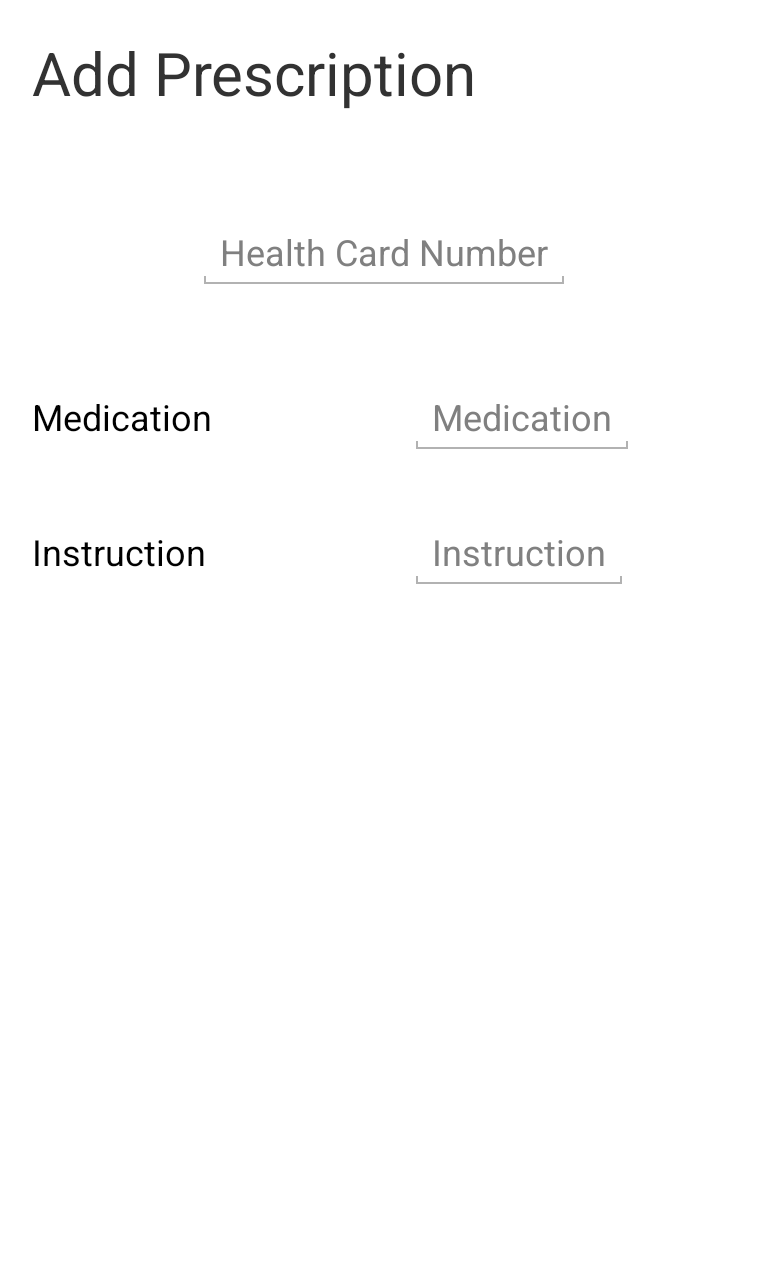
Repository: wangyuan0915/ER
Layout: workspace2/phase3/res/layout/activity_add_prescription.xml
An editor plug-in stored every save of this project. The layout is shown before and after the next save, followed by the edit.
It is drawn on a 768 x 1280 px phone screen (xhdpi) without system bars, with theme AppTheme; the app's code is not run.

Above is the layout before, as saved 2013-11-24 20:45:27.

### workspace2/phase3/res/layout/activity_add_prescription.xml
<RelativeLayout xmlns:android="http://schemas.android.com/apk/res/android"
    xmlns:tools="http://schemas.android.com/tools"
    android:layout_width="match_parent"
    android:layout_height="match_parent"
    android:paddingBottom="@dimen/activity_vertical_margin"
    android:paddingLeft="@dimen/activity_horizontal_margin"
    android:paddingRight="@dimen/activity_horizontal_margin"
    android:paddingTop="@dimen/activity_vertical_margin"
    tools:context=".AddPrescription" >

    <TextView
        android:id="@+id/textView2"
        android:layout_width="wrap_content"
        android:layout_height="wrap_content"
        android:text="@string/Add_Prescription"
        android:textSize="30sp" />

    <EditText
        android:id="@+id/cardnum"
        android:layout_width="wrap_content"
        android:layout_height="wrap_content"
        android:layout_below="@+id/textView2"
        android:layout_centerHorizontal="true"
        android:layout_marginTop="50dp"
        android:hint="@string/Health_Card_Number"
        android:textAppearance="?android:attr/textAppearanceMedium" />

    <TextView
        android:id="@+id/Medication"
        android:layout_width="wrap_content"
        android:layout_height="wrap_content"
        android:layout_alignLeft="@+id/textView2"
        android:layout_below="@+id/cardnum"
        android:layout_marginTop="50dp"
        android:text="@string/Medication"
        android:textAppearance="?android:attr/textAppearanceMedium" />

    <EditText
        android:id="@+id/medication"
        android:layout_width="wrap_content"
        android:layout_height="wrap_content"
        android:layout_alignBaseline="@+id/Medication"
        android:layout_alignBottom="@+id/Medication"
        android:layout_alignParentRight="true"
        android:layout_marginRight="50dp"
        android:hint="@string/Medication"
        android:textAppearance="?android:attr/textAppearanceMedium" />

    <TextView
        android:id="@+id/instruction"
        android:layout_width="wrap_content"
        android:layout_height="wrap_content"
        android:layout_alignLeft="@+id/Medication"
        android:layout_below="@+id/medication"
        android:layout_marginTop="35dp"
        android:text="@string/Instruction"
        android:textAppearance="?android:attr/textAppearanceMedium" />

    <EditText
        android:id="@+id/instruction1"
        android:layout_width="wrap_content"
        android:layout_height="wrap_content"
        android:layout_alignBaseline="@+id/instruction"
        android:layout_alignBottom="@+id/instruction"
        android:layout_alignLeft="@+id/medication"
        android:hint="@string/Instruction"
        android:textAppearance="?android:attr/textAppearanceMedium" />

</RelativeLayout>

### workspace2/phase3/res/values/strings.xml
<?xml version="1.0" encoding="utf-8"?>
<resources>

    <string name="app_name">phase3</string>
    <string name="action_settings">Settings</string>
    <string name="hello_world">Hello world!</string>
    <string name="Login">Login</string>
    <string name="username">username</string>
    <string name="password">password</string>
    <string name="Nurse">Nurse</string>
    <string name="Physician">Physician</string>
    <string name="login">login</string>
    <string name="title_activity_choice">ChoiceActivity</string>
    <string name="title_activity_physician__choice">Physician_ChoiceActivity</string>
    <string name="Hello">Hello</string>
    <string name="Add_a_new_patient">Add a new patient</string>
    <string name="Add_VitalSign">Add VitalSign</string>
    <string name="title_activity_new_patient">NewPatientActivity</string>
    <string name="title_activity_add_vital_sign">AddVitalSignActivity</string>
    <string name="New_Patient">New Patient</string>
    <string name="patient_name">patient\'s name</string>
    <string name="Health_Card_Number">Health Card Number</string>
    <string name="Birthday">Birthday</string>
    <string name="Year">Year</string>
    <string name="Month">Month</string>
    <string name="Day">Day</string>
    <string name="Date">Date</string>
    <string name="Time">Time</string>
    <string name="Hour">Hour</string>
    <string name="Minute">Minute</string>
    <string name="Submit">Submit</string>
    <string name="VitalSign">VitalSign</string>
    <string name="Temperature">Temperature</string>
    <string name="Systolic">Systolic</string>
    <string name="Diastolic">Diastolic</string>
    <string name="Heartrate">Heartrate</string>
    <string name="View_Patient_Record">View Patient\'s Record</string>
    <string name="Add_Prescription">Add Prescription</string>
    <string name="title_activity_view_patient_record">ViewPatientRecord</string>
    <string name="title_activity_add_prescription">AddPrescription</string>
    <string name="Medication">Medication</string>
    <string name="Instruction">Instruction</string>

</resources>

Loaded but not shown: workspace2/phase3/res/values/styles.xml (common file); workspace2/phase3/res/values-v11/styles.xml (common file); workspace2/phase3/res/values-v14/styles.xml (common file); workspace2/phase3/res/values/dimens.xml (common file)

After the next save:
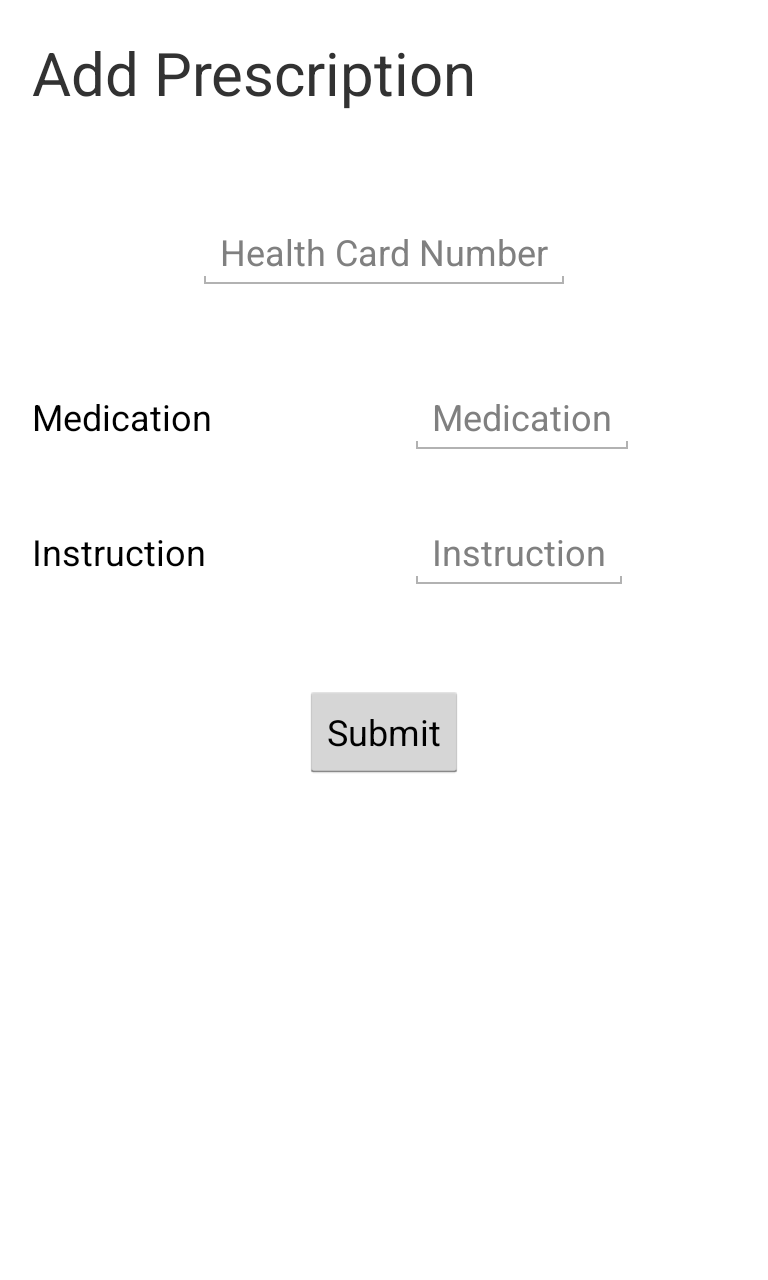
Saved 69 s later.
--- a/workspace2/phase3/res/layout/activity_add_prescription.xml
+++ b/workspace2/phase3/res/layout/activity_add_prescription.xml
@@ -66,4 +66,14 @@
         android:hint="@string/Instruction"
         android:textAppearance="?android:attr/textAppearanceMedium" />
 
+    <Button
+        android:id="@+id/Submit11"
+        android:layout_width="wrap_content"
+        android:layout_height="wrap_content"
+        android:layout_below="@+id/instruction1"
+        android:layout_centerHorizontal="true"
+        android:layout_marginTop="46dp"
+        android:text="Submit"
+        android:onClick="AddPrescription"/>
+
 </RelativeLayout>
